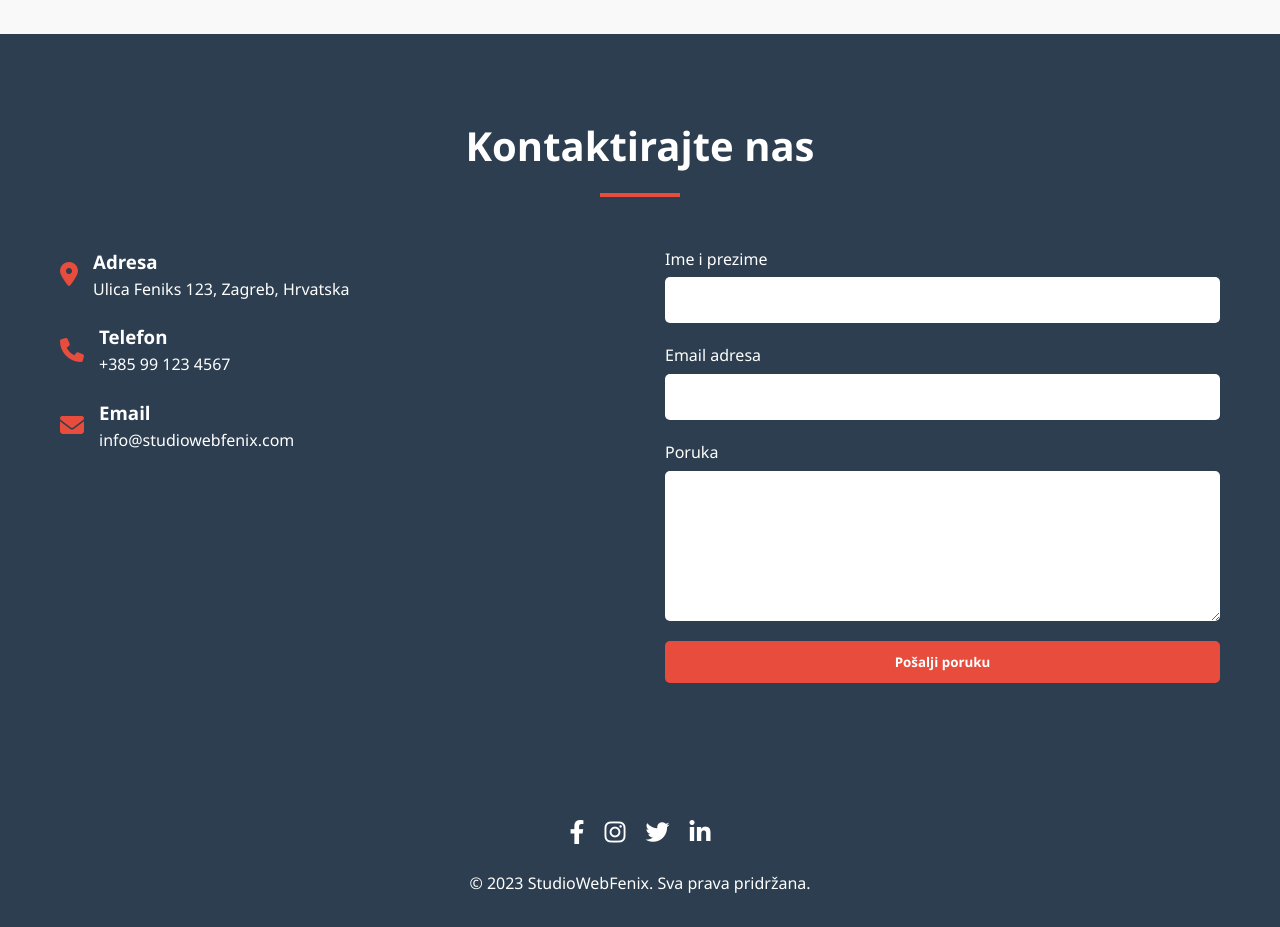
Repository: valemima/studiowebfenix
Page: index.html
An editor plug-in stored every save of this project. The page is shown before and after the next save, followed by the edit.
The browser window is 1280 px wide. The pictures show the part of the page from y = 2510 to 3462 px (the page is 3437 px tall before and 3462 px after).
A picture or video elsewhere on the page could not be fetched, so the positions and the page height are approximate.

Above is the page before, as saved 2025-09-18 01:33:16.

### index.html
<!DOCTYPE html>
<html lang="hr">
<head>
    <meta charset="UTF-8">
    <meta name="viewport" content="width=device-width, initial-scale=1.0">
    <title>StudioWebFenix - Profesionalni Web Dizajn</title>
    <link rel="stylesheet" href="https://cdnjs.cloudflare.com/ajax/libs/font-awesome/6.4.0/css/all.min.css">
    <style>
        /* Reset i osnovni stilovi */
        * {
            margin: 0;
            padding: 0;
            box-sizing: border-box;
            font-family: 'Segoe UI', Tahoma, Geneva, Verdana, sans-serif;
        }

        :root {
            --primary: #2c3e50;
            --secondary: #e74c3c;
            --accent: #3498db;
            --light: #ecf0f1;
            --dark: #2c3e50;
        }

        html {
            scroll-behavior: smooth;
        }

        body {
            line-height: 1.6;
            color: #333;
            background-color: #f9f9f9;
        }

        .container {
            max-width: 1200px;
            margin: 0 auto;
            padding: 0 20px;
        }

        .btn {
            display: inline-block;
            padding: 12px 30px;
            background-color: var(--secondary);
            color: white;
            text-decoration: none;
            border-radius: 5px;
            font-weight: 600;
            transition: all 0.3s ease;
            border: none;
            cursor: pointer;
        }

        .btn:hover {
            background-color: #c0392b;
            transform: translateY(-3px);
        }

        section {
            padding: 80px 0;
        }

        .section-title {
            text-align: center;
            margin-bottom: 50px;
            font-size: 2.5rem;
            color: var(--primary);
            position: relative;
        }

        .section-title::after {
            content: '';
            display: block;
            width: 80px;
            height: 4px;
            background-color: var(--secondary);
            margin: 15px auto;
        }

        /* Navigacija */
        header {
            background-color: var(--primary);
            color: white;
            position: fixed;
            width: 100%;
            top: 0;
            z-index: 1000;
            box-shadow: 0 2px 10px rgba(0, 0, 0, 0.1);
        }

        nav {
            display: flex;
            justify-content: space-between;
            align-items: center;
            padding: 20px 0;
        }

        .logo {
            font-size: 1.8rem;
            font-weight: 700;
            color: white;
            text-decoration: none;
        }

        .logo span {
            color: var(--secondary);
        }

        .nav-links {
            display: flex;
            list-style: none;
        }

        .nav-links li {
            margin-left: 30px;
        }

        .nav-links a {
            color: white;
            text-decoration: none;
            font-weight: 500;
            transition: color 0.3s ease;
        }

        .nav-links a:hover {
            color: var(--secondary);
        }

        /* Hero sekcija */
        .hero {
            background: linear-gradient(rgba(44, 62, 80, 0.8), rgba(44, 62, 80, 0.8)), url('https://images.unsplash.com/photo-1518770660439-4636190af475?ixlib=rb-4.0.3&auto=format&fit=crop&w=1500&q=80');
            background-size: cover;
            background-position: center;
            height: 100vh;
            display: flex;
            align-items: center;
            color: white;
            text-align: center;
            padding-top: 80px;
        }

        .hero-content h1 {
            font-size: 3.5rem;
            margin-bottom: 20px;
            animation: fadeInDown 1s ease;
        }

        .hero-content p {
            font-size: 1.5rem;
            margin-bottom: 30px;
            animation: fadeInUp 1s ease;
        }

        /* O nama */
        .about-content {
            display: flex;
            align-items: center;
            gap: 50px;
        }

        .about-text {
            flex: 1;
        }

        .about-image {
            flex: 1;
            border-radius: 10px;
            overflow: hidden;
            box-shadow: 0 5px 15px rgba(0, 0, 0, 0.1);
        }

        .about-image img {
            width: 100%;
            height: auto;
            display: block;
        }

        /* Usluge */
        .services {
            background-color: var(--light);
        }

        .services-grid {
            display: grid;
            grid-template-columns: repeat(auto-fit, minmax(300px, 1fr));
            gap: 30px;
        }

        .service-card {
            background-color: white;
            padding: 30px;
            border-radius: 10px;
            text-align: center;
            box-shadow: 0 5px 15px rgba(0, 0, 0, 0.05);
            transition: transform 0.3s ease;
        }

        .service-card:hover {
            transform: translateY(-10px);
        }

        .service-icon {
            font-size: 3rem;
            color: var(--secondary);
            margin-bottom: 20px;
        }

        .service-card h3 {
            margin-bottom: 15px;
            color: var(--primary);
        }

        /* Portfolio */
        .portfolio-grid {
            display: grid;
            grid-template-columns: repeat(auto-fit, minmax(300px, 1fr));
            gap: 30px;
        }

        .portfolio-item {
            position: relative;
            border-radius: 10px;
            overflow: hidden;
            height: 250px;
        }

        .portfolio-item img {
            width: 100%;
            height: 100%;
            object-fit: cover;
            transition: transform 0.5s ease;
        }

        .portfolio-item:hover img {
            transform: scale(1.1);
        }

        .portfolio-overlay {
            position: absolute;
            top: 0;
            left: 0;
            width: 100%;
            height: 100%;
            background-color: rgba(231, 76, 60, 0.9);
            display: flex;
            flex-direction: column;
            justify-content: center;
            align-items: center;
            opacity: 0;
            transition: opacity 0.3s ease;
            padding: 20px;
            text-align: center;
            color: white;
        }

        .portfolio-item:hover .portfolio-overlay {
            opacity: 1;
        }

        /* Kontakt */
        .contact {
            background-color: var(--primary);
            color: white;
        }

        .contact .section-title {
            color: white;
        }

        .contact-content {
            display: grid;
            grid-template-columns: repeat(auto-fit, minmax(300px, 1fr));
            gap: 50px;
        }

        .contact-info {
            display: flex;
            flex-direction: column;
            gap: 20px;
        }

        .contact-item {
            display: flex;
            align-items: center;
            gap: 15px;
        }

        .contact-icon {
            font-size: 1.5rem;
            color: var(--secondary);
        }

        .contact-form {
            display: flex;
            flex-direction: column;
            gap: 20px;
        }

        .form-group {
            display: flex;
            flex-direction: column;
            gap: 5px;
        }

        .form-group label {
            font-weight: 500;
        }

        .form-group input,
        .form-group textarea {
            padding: 12px;
            border-radius: 5px;
            border: none;
            font-size: 1rem;
        }

        .form-group textarea {
            min-height: 150px;
            resize: vertical;
        }

        /* Footer */
        footer {
            background-color: var(--dark);
            color: white;
            text-align: center;
            padding: 30px 0;
        }

        .social-links {
            display: flex;
            justify-content: center;
            gap: 20px;
            margin: 20px 0;
        }

        .social-links a {
            color: white;
            font-size: 1.5rem;
            transition: color 0.3s ease;
        }

        .social-links a:hover {
            color: var(--secondary);
        }

        /* Animacije */
        @keyframes fadeInDown {
            from {
                opacity: 0;
                transform: translateY(-20px);
            }
            to {
                opacity: 1;
                transform: translateY(0);
            }
        }

        @keyframes fadeInUp {
            from {
                opacity: 0;
                transform: translateY(20px);
            }
            to {
                opacity: 1;
                transform: translateY(0);
            }
        }

        /* Responzivnost */
        @media (max-width: 768px) {
            .nav-links {
                display: none;
            }

            .hero-content h1 {
                font-size: 2.5rem;
            }

            .hero-content p {
                font-size: 1.2rem;
            }

            .about-content {
                flex-direction: column;
            }

            .section-title {
                font-size: 2rem;
            }
        }
    </style>
</head>
<body>
    <!-- Navigacija -->
    <header>
        <div class="container">
            <nav>
                <a href="#" class="logo">Studio<span>WebFenix</span></a>
                <ul class="nav-links">
                    <li><a href="#home">Početna</a></li>
                    <li><a href="#about">O nama</a></li>
                    <li><a href="#services">Usluge</a></li>
                    <li><a href="#portfolio">Portfolio</a></li>
                    <li><a href="#contact">Kontakt</a></li>
                </ul>
            </nav>
        </div>
    </header>

    <!-- Hero sekcija -->
    <section id="home" class="hero">
        <div class="container">
            <div class="hero-content">
                <h1>StudioWebFenix</h1>
                <p>Profesionalni web dizajn i razvoj za vaš digitalni uspjeh</p>
                <a href="#contact" class="btn">Kontaktirajte nas</a>
            </div>
        </div>
    </section>

    <!-- O nama -->
    <section id="about" class="about">
        <div class="container">
            <h2 class="section-title">O nama</h2>
            <div class="about-content">
                <div class="about-text">
                    <p>StudioWebFenix je tim strastvenih web dizajnera i developera posvećenih stvaranju modernih, funkcionalnih i vizualno impresivnih web rješenja.</p>
                    <p>Naš cilj je transformirati vaše ideje u digitalna iskustva koja privlače posjetitelje, angažiraju korisnike i pretvaraju posjetitelje u klijente.</p>
                    <p>Koristimo najnovije tehnologije i prakse kako bismo osigurali da vaš website bude brz, siguran i optimiziran za pretraživače.</p>
                    <a href="#portfolio" class="btn">Pogledajte naš rad</a>
                </div>
                <div class="about-image">
                    <img src="https://images.unsplash.com/photo-1561070791-2526d30994b5?ixlib=rb-4.0.3&auto=format&fit=crop&w=800&q=80" alt="Tim StudioWebFenix">
                </div>
            </div>
        </div>
    </section>

    <!-- Usluge -->
    <section id="services" class="services">
        <div class="container">
            <h2 class="section-title">Naše usluge</h2>
            <div class="services-grid">
                <div class="service-card">
                    <div class="service-icon">
                        <i class="fas fa-laptop-code"></i>
                    </div>
                    <h3>Web Dizajn</h3>
                    <p>Moderni, responzivni dizajn koji privlači pažnju i ostavlja trajan dojam na vaše posjetitelje.</p>
                </div>
                <div class="service-card">
                    <div class="service-icon">
                        <i class="fas fa-mobile-alt"></i>
                    </div>
                    <h3>Razvoj Web Aplikacija</h3>
                    <p>Prilagođena web rješenja koja rješavaju specifične poslovne izazove i poboljšavaju produktivnost.</p>
                </div>
                <div class="service-card">
                    <div class="service-icon">
                        <i class="fas fa-search"></i>
                    </div>
                    <h3>SEO Optimizacija</h3>
                    <p>Poboljšajte vidljivost svog websitea u rezultatima pretraživanja i privucite više posjetitelja.</p>
                </div>
            </div>
        </div>
    </section>

    <!-- Portfolio -->
    <section id="portfolio" class="portfolio">
        <div class="container">
            <h2 class="section-title">Naš portfolio</h2>
            <div class="portfolio-grid">
                <div class="portfolio-item">
                    <img src="https://images.unsplash.com/photo-1498050108023-c5249f4df085?ixlib=rb-4.0.3&auto=format&fit=crop&w=600&q=80" alt="Web dizajn projekat">
                    <div class="portfolio-overlay">
                        <h3>Moderni Website</h3>
                        <p>Dizajn i razvoj modernog corporate websitea</p>
                    </div>
                </div>
                <div class="portfolio-item">
                    <img src="https://images.unsplash.com/photo-1460925895917-afdab827c52f?ixlib=rb-4.0.3&auto=format&fit=crop&w=600&q=80" alt="E-commerce projekt">
                    <div class="portfolio-overlay">
                        <h3>E-trgovina</h3>
                        <p>Potpuno funkcionalna online trgovina</p>
                    </div>
                </div>
                <div class="portfolio-item">
                    <img src="https://images.unsplash.com/photo-1551650975-87deedd944c3?ixlib=rb-4.0.3&auto=format&fit=crop&w=600&q=80" alt="Branding projekt">
                    <div class="portfolio-overlay">
                        <h3>Branding</h3>
                        <p>Kompletan branding paket za startup kompaniju</p>
                    </div>
                </div>
            </div>
        </div>
    </section>

    <!-- Kontakt -->
    <section id="contact" class="contact">
        <div class="container">
            <h2 class="section-title">Kontaktirajte nas</h2>
            <div class="contact-content">
                <div class="contact-info">
                    <div class="contact-item">
                        <div class="contact-icon">
                            <i class="fas fa-map-marker-alt"></i>
                        </div>
                        <div>
                            <h3>Adresa</h3>
                            <p>Ulica Feniks 123, Zagreb, Hrvatska</p>
                        </div>
                    </div>
                    <div class="contact-item">
                        <div class="contact-icon">
                            <i class="fas fa-phone"></i>
                        </div>
                        <div>
                            <h3>Telefon</h3>
                            <p>+385 99 123 4567</p>
                        </div>
                    </div>
                    <div class="contact-item">
                        <div class="contact-icon">
                            <i class="fas fa-envelope"></i>
                        </div>
                        <div>
                            <h3>Email</h3>
                            <p>info@studiowebfenix.com</p>
                        </div>
                    </div>
                </div>
                <form class="contact-form">
                    <div class="form-group">
                        <label for="name">Ime i prezime</label>
                        <input type="text" id="name" required>
                    </div>
                    <div class="form-group">
                        <label for="email">Email adresa</label>
                        <input type="email" id="email" required>
                    </div>
                    <div class="form-group">
                        <label for="message">Poruka</label>
                        <textarea id="message" required></textarea>
                    </div>
                    <button type="submit" class="btn">Pošalji poruku</button>
                </form>
            </div>
        </div>
    </section>

    <!-- Footer -->
    <footer>
        <div class="container">
            <div class="social-links">
                <a href="#"><i class="fab fa-facebook-f"></i></a>
                <a href="#"><i class="fab fa-instagram"></i></a>
                <a href="#"><i class="fab fa-twitter"></i></a>
                <a href="#"><i class="fab fa-linkedin-in"></i></a>
            </div>
            <p>&copy; 2023 StudioWebFenix. Sva prava pridržana.</p>
        </div>
    </footer>

    <style>
        /* Strelica za povratak na vrh */
        .back-to-top {
            position: fixed;
            bottom: 30px;
            left: 30px;
            width: 50px;
            height: 50px;
            background-color: var(--secondary);
            color: white;
            border-radius: 50%;
            display: flex;
            align-items: center;
            justify-content: center;
            text-decoration: none;
            font-size: 24px;
            opacity: 0;
            visibility: hidden;
            transition: all 0.3s ease;
            z-index: 999;
            box-shadow: 0 2px 10px rgba(0, 0, 0, 0.2);
        }
        .back-to-top:hover {
            background-color: var(--primary);
            transform: translateY(-5px);
        }
        .back-to-top.active {
            opacity: 1;
            visibility: visible;
        }
    </style>

    <a href="#home" class="back-to-top">
        <i class="fas fa-arrow-up"></i>
    </a>

    <script>
        // Jednostavna funkcionalnost za smooth scroll i formu
        document.addEventListener('DOMContentLoaded', function() {
            const form = document.querySelector('.contact-form');
            form.addEventListener('submit', function(e) {
                e.preventDefault();
                alert('Hvala vam na poruci! Obratit ćemo vam se uskoro.');
                form.reset();
            });
            // Dodajemo klasu za fade-in efekte kada se element pojavi u viewportu
            const fadeElements = document.querySelectorAll('.service-card, .portfolio-item, .about-content');
            const observer = new IntersectionObserver((entries) => {
                entries.forEach(entry => {
                    if (entry.isIntersecting) {
                        entry.target.style.opacity = 1;
                        entry.target.style.transform = 'translateY(0)';
                    }
                });
            }, { threshold: 0.1 });
            fadeElements.forEach(el => {
                el.style.opacity = 0;
                el.style.transform = 'translateY(20px)';
                el.style.transition = 'opacity 0.5s ease, transform 0.5s ease';
                observer.observe(el);
            });
            // Funkcionalnost za strelicu
            const backToTopButton = document.querySelector('.back-to-top');
            window.addEventListener('scroll', () => {
                if (window.pageYOffset > 300) {
                    backToTopButton.classList.add('active');
                } else {
                    backToTopButton.classList.remove('active');
                }
            });
        });
    </style>
</body>
</html>

After the next save:
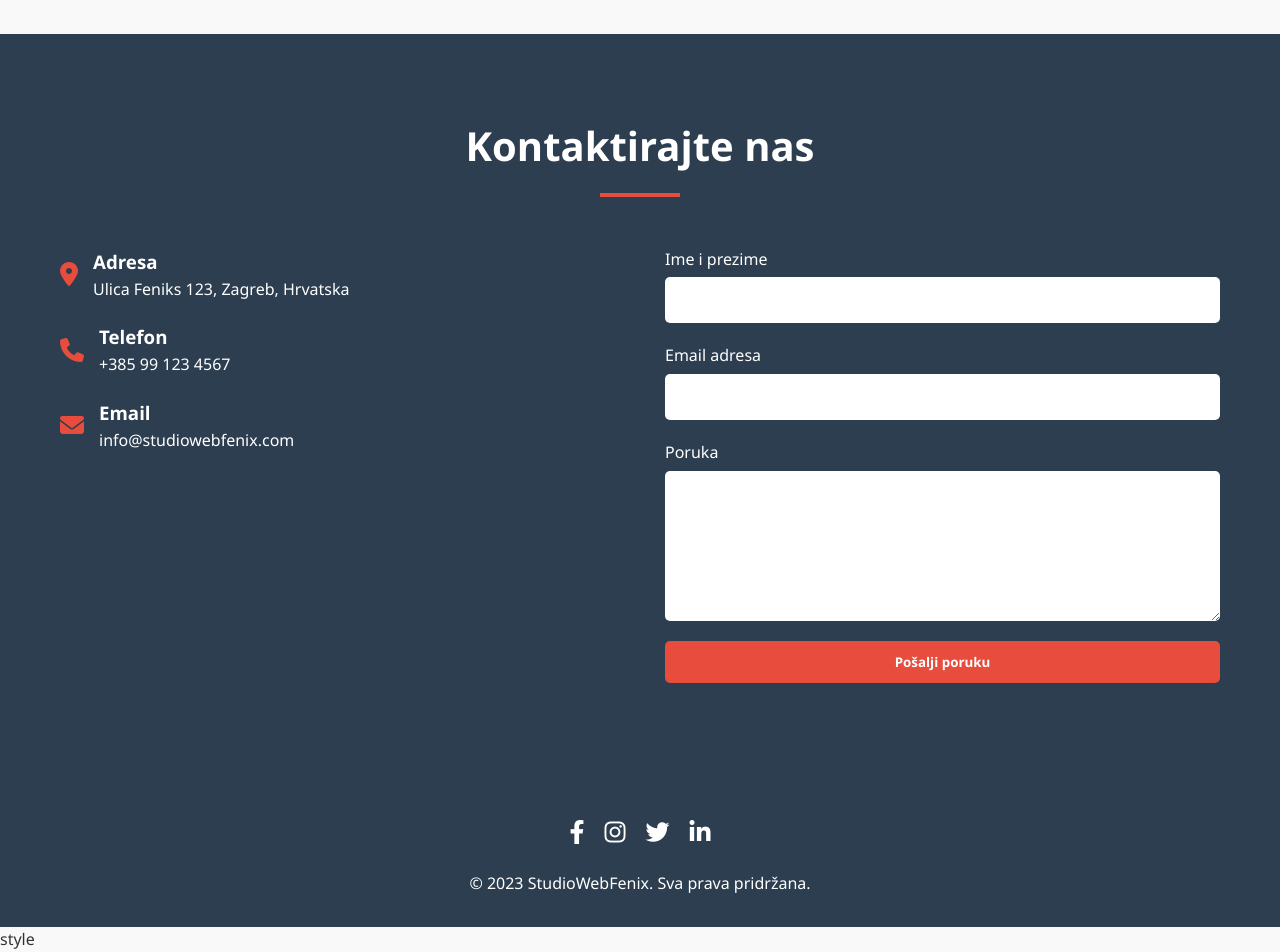
Saved 75 s later.
--- a/index.html
+++ b/index.html
@@ -563,53 +563,20 @@
         </div>
     </footer>
 
-    <style>
-        /* Strelica za povratak na vrh */
-        .back-to-top {
-            position: fixed;
-            bottom: 30px;
-            left: 30px;
-            width: 50px;
-            height: 50px;
-            background-color: var(--secondary);
-            color: white;
-            border-radius: 50%;
-            display: flex;
-            align-items: center;
-            justify-content: center;
-            text-decoration: none;
-            font-size: 24px;
-            opacity: 0;
-            visibility: hidden;
-            transition: all 0.3s ease;
-            z-index: 999;
-            box-shadow: 0 2px 10px rgba(0, 0, 0, 0.2);
-        }
-        .back-to-top:hover {
-            background-color: var(--primary);
-            transform: translateY(-5px);
-        }
-        .back-to-top.active {
-            opacity: 1;
-            visibility: visible;
-        }
-    </style>
-
-    <a href="#home" class="back-to-top">
-        <i class="fas fa-arrow-up"></i>
-    </a>
-
     <script>
         // Jednostavna funkcionalnost za smooth scroll i formu
         document.addEventListener('DOMContentLoaded', function() {
             const form = document.querySelector('.contact-form');
+
             form.addEventListener('submit', function(e) {
                 e.preventDefault();
                 alert('Hvala vam na poruci! Obratit ćemo vam se uskoro.');
                 form.reset();
             });
+
             // Dodajemo klasu za fade-in efekte kada se element pojavi u viewportu
             const fadeElements = document.querySelectorAll('.service-card, .portfolio-item, .about-content');
+
             const observer = new IntersectionObserver((entries) => {
                 entries.forEach(entry => {
                     if (entry.isIntersecting) {
@@ -618,22 +585,14 @@
                     }
                 });
             }, { threshold: 0.1 });
+
             fadeElements.forEach(el => {
                 el.style.opacity = 0;
                 el.style.transform = 'translateY(20px)';
                 el.style.transition = 'opacity 0.5s ease, transform 0.5s ease';
                 observer.observe(el);
             });
-            // Funkcionalnost za strelicu
-            const backToTopButton = document.querySelector('.back-to-top');
-            window.addEventListener('scroll', () => {
-                if (window.pageYOffset > 300) {
-                    backToTopButton.classList.add('active');
-                } else {
-                    backToTopButton.classList.remove('active');
-                }
-            });
         });
-    </style>
+    </script>
 </body>
-</html>
+</html>style
